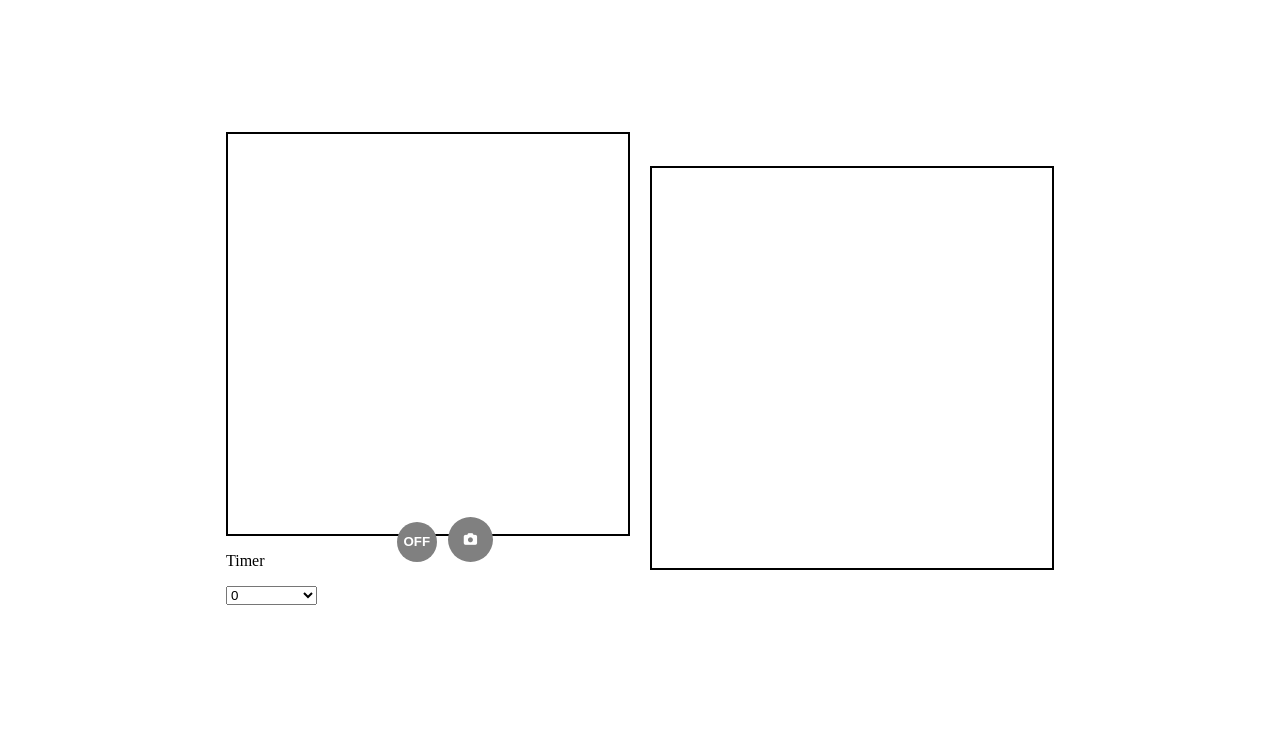
Repository: dmpelaez/photoBoothy
Page: Photobooth.html
The author's editor kept a copy of each file at every save. The page is drawn from the files as they stood at one save, then again after the next save.
The browser window is 1280 px wide. The pictures show the whole page.
Some web libraries are served in a nearby version.

Above is the page before, as saved 2025-12-16 23:10:15.

### Photobooth.html
<!DOCTYPE html>

  <html>

    <head>

      <title>Photobooth</title>
      <!--CSS link-->
      <link rel="stylesheet" href="https://cdnjs.cloudflare.com/ajax/libs/font-awesome/7.0.1/css/all.min.css">
      <link rel="stylesheet" href="Photobooth.css">
    </head>
    <body>
      <div class="container">

        <div class="timer"></div>

        <video autoplay id="video">

        </video>
        <button id="photo-btn" ><i class="fa-solid fa-camera"></i></button>
        <button id="btn-toggle">OFF</button>
        <p class="timerchoose">Timer</p>
        <select class="select" value="">
          <option value="0">0</option>
          <option  value="3">3 seconds</option>
          <option  value="5">5 seconds</option>
          <option value="7">7 seconds</option>
          <option  value="10">10 seconds</option>
        </select>

      </div>

      <canvas id="canvas-image"></canvas>
      <script src="Photobooth.js"></script>
    </body>

  </html>

### Photobooth.css
body {
  display: Flex;
  align-items: center;
  justify-content: center;
  HEIGHT: 100VH;
  flex-direction: row;
  gap: 20px;
}
#video,
#canvas-image {
  border: 2px solid black;
  height: 400px;
  width: 400px;
}
#video {
  display: grid;
}
#btn-toggle {
  position: absolute;
  left: 31%;
  bottom: 22%;
  background: gray;
  border: none;
  border-radius: 50%;
  height: 40px;
  width: 40px;
  color: white;
  font-weight: bold;
  font-family: arial;
  cursor: pointer;
}
#photo-btn {
  position: absolute;
  left: 35%;
  bottom: 22%;
  border-radius: 50%;
  height: 45px;
  width: 45px;
  border: none;
  background: gray;
  cursor: pointer;
}
#photo-btn i {
  color: white;
}
.timer {
display: none;

}

.timerPhoto {
  background: black;
  height: 50px;
  width: 50px;
  color: white;
  display: flex;
  align-items: center;
  justify-content: center;
   position: absolute;
  left: 35%;
  bottom: 69.5%;
}

### Photobooth.js
//To make the video appear in html
//I use <video></video> html element
const video = document.getElementById('video');
//canvas element is where the photos will appear
const canvas = document.getElementById('canvas-image');
const btn = document.getElementById('photo-btn');
//I set the canvas into 2d to get the copy
//of the photo taken
const context = canvas.getContext('2d');


//I use navigator.mediDevices.getUsermedia
//to get access on the camera by allowing the
//video and use it to assigned as value of
//video element

///-----------------------------------------------------------------///
//Default value false
let isVideo = false;


//This is a btn for on and off to the camera
document.getElementById('btn-toggle')
.addEventListener('click', () => {

  //Condition where it looks for the opposite
  //value of isVideo by using NOT operator
  //which will result to having a value of TRUE
  if (!isVideo) {
  //once it becomes true
  //navigator.mediaDevices.getUserMedia will activate
  //and the access to video will open
  navigator.mediaDevices.getUserMedia({video: true})
  .then((stream) => {
  //access to camera
  video.srcObject = stream;
  //btn ON
   document.getElementById('btn-toggle').innerHTML = 'ON';
   //Value was change to true
   //so once the btn is click again
   //the else if is the one that will be open
     isVideo = true;

  });
} else if (isVideo) {
  //access to camera again
 navigator.mediaDevices.getUserMedia({video: true})
  .then((stream) => {
    //To stop the camera access
    stream.getTracks().forEach(track => track.stop());
    //To stop the webcam light we need to track all
    //the access video.srcObject have
    for (const track of video.srcObject.getTracks()) {
      track.stop();
    }
    //no value
    stream = null;
    //no value
   video.srcObject = null;
   //Display btn as OFF
   document.getElementById('btn-toggle').innerHTML = 'OFF';
   //Value is changed to false
   isVideo = false;

  })

}
console.log(isVideo);
});

///------------------------------------------------------------///
//capturePhoto is a function where
// the canvas width and height have the
// values of videos'
//and context.drawImage capture everything
//and replicate the videos into photo
//and before that we change its value
//to the canvas.getContext('2d')
function capturePhoto() {
  //the value canvas width and height
  // is the same as the video width and height;
  canvas.width = video.videoWidth;
  canvas.height = video.videoHeight;

  //
  context.drawImage(video, 0, 0, canvas.width, canvas.height);
}

///------------------------------------------------------------------------///
//btn for camera to capture
btn.addEventListener('click', () => {
//Finally after minutes of thinking how
//to activate the timer if the camera is open

//This will only activate if the isVideo value
// is true but its default value stop it from triggering
//the settimer() because it didn't meet the condition
if (isVideo === true) {
settimer();

}
})

document.body.addEventListener('keydown', (event) => {
  if (event.code === 'Space') {
    if (isVideo === true) {
      settimer();
  }
 }
})

///-----------------------------------------------------------------////








//Timer default setTime
let timer = 0;
//Time interval default value;
let timeInterval = null;
//Get the class selector of select element
const setTime = document.querySelector('.select');
//Use it to get the value from options
//using the eventlistener
//and reassinged the value of timer
//based on the selected value
setTime.addEventListener('change', () => {
  timer = Number(setTime.value);
})

//This is timer function
// where after five seconds
//it will capture a picture
function settimer() {
  //ClearInterval to clear the previous time
  clearInterval(timeInterval);

 //variable timeChange is assign to the value of timer
 let timeChange = timer;
  const timer2 =  document.querySelector('.timer');
  //Use if condition to trigger the funtions inside
  if (timeChange > 0) {
    console.log(timeChange);

    //timeInterval value is reassigned to setInterval
    timeInterval = setInterval(() => {
      //where the class for display of timer is added
      timer2.classList.add("timerPhoto");
      //and display it to see
       document.querySelector('.timer').innerHTML = timeChange;
       //Use if statement
       //where if the timer is equal to 0
       //it will clear the timeInterval which is this
       //part of the function to reset the timer
       //and remove the display
       //and also capture the image
       if (timeChange === 0) {
        clearInterval(timeInterval);
        capturePhoto();

        timer2.classList.remove("timerPhoto");
       }
       //Time is dropping only until it
       //reaches 0 because the if statement condition
       // remove all this part after reaching the time 0

       timeChange --;

    }, 1000);


  } else  {
    //Optional but to make sure
    //the photo is captured
    capturePhoto();

  }
}

After the next save:
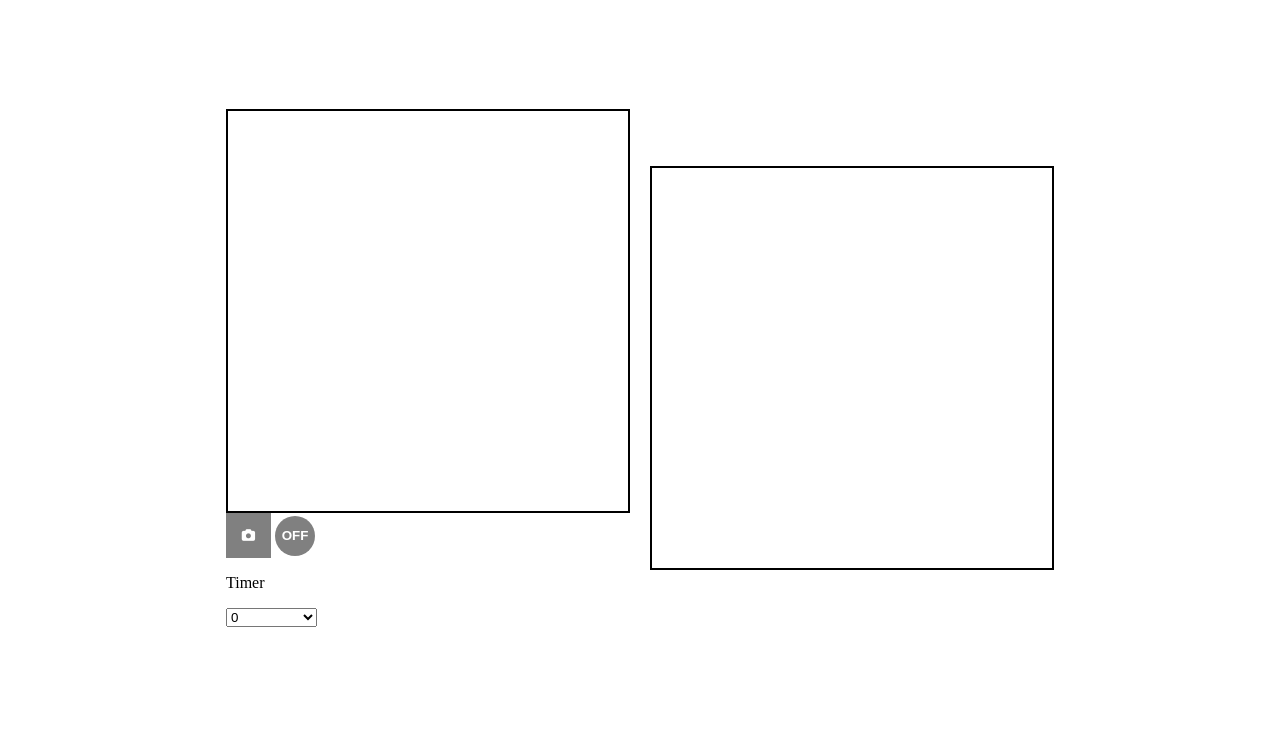
Saved 24 s later.
--- a/Photobooth.css
+++ b/Photobooth.css
@@ -16,9 +16,7 @@ body {
   display: grid;
 }
 #btn-toggle {
-  position: absolute;
-  left: 31%;
-  bottom: 22%;
+
   background: gray;
   border: none;
   border-radius: 50%;
@@ -30,10 +28,8 @@ body {
   cursor: pointer;
 }
 #photo-btn {
-  position: absolute;
-  left: 35%;
-  bottom: 22%;
-  border-radius: 50%;
+
+
   height: 45px;
   width: 45px;
   border: none;
